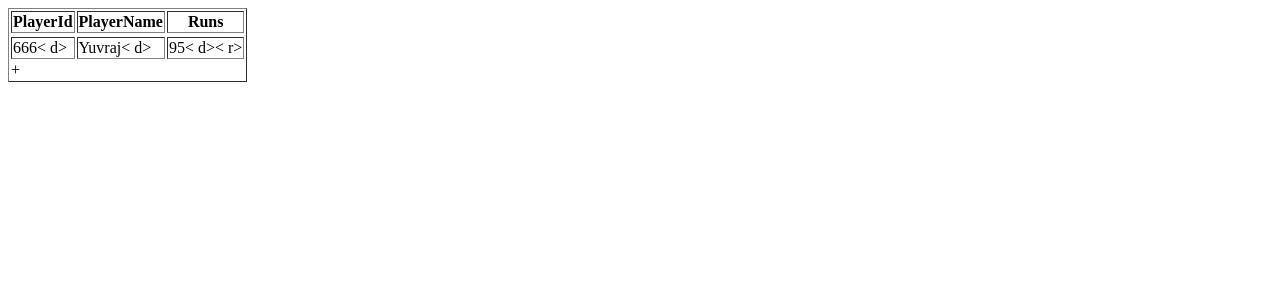
Repository: Gramastha/backup
Page: javascript/JavaScript-Assignment/Q9.html
The author's editor kept a copy of each file at every save. The page is drawn from the files as they stood at one save, then again after the next save.
The browser window is 1280 px wide. The pictures show the whole page.

Above is the page before, as saved 2017-01-06 09:14:36.

### javascript/JavaScript-Assignment/Q9.html
<!doctype html>
<html lang="en">
<head>
	<meta charset="UTF-8" />
	<title>Q9</title>
	<script>
		var a=[{		id: 111,		name: "Sachin",		runs: 99		},
			{		id: 222,		name: "Rahul",		runs: 98		},
		{		id: 333,		name: "Saurav",		runs: 89		},
		{		id: 444,		name: "Mahindra",		runs: 94		},
		{		id: 555,		name: "Virat",		runs: 93		},
		{		id: 666,		name: "Yuvraj",		runs: 95		}];
 // a.forEach(function(v,i,arr){
 	// console.log("object-"+i)
 	// for(o in v){
 		// console.log(o+" : "+v[o])
 	// }
 // });
 window.onload= function(){
 	var str= "";
 	a.forEach(function(v,i,arr){
 		str= "<tr>";
 	//console.log("object-"+i)
 	for(o in v){
 		str+="<td>"+v[o]+"<\td>";
 	 	}
 	 	str+="<\tr>"
 });
 	document.querySelector("#t1").innerHTML="<tr>+<th><b>PlayerId</b></th><th><b>PlayerName</b></th><th><b>Runs</b></th></tr><tr>"
 											+str
 											+"</tr>"
 };
	</script>
</head>
<body>
	<table border="1" id="t1">

	</table>
</body>
</html>

After the next save:
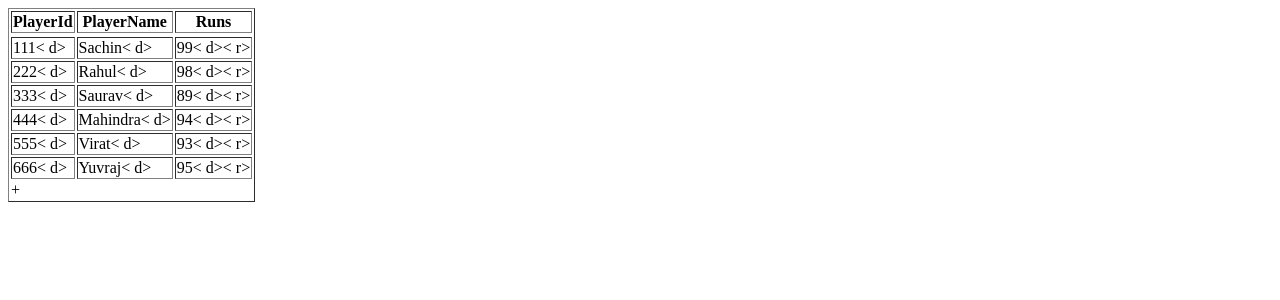
Saved 46 s later.
--- a/javascript/JavaScript-Assignment/Q9.html
+++ b/javascript/JavaScript-Assignment/Q9.html
@@ -19,7 +19,7 @@
  window.onload= function(){
  	var str= "";
  	a.forEach(function(v,i,arr){
- 		str= "<tr>";
+ 		str+= "<tr>";
  	//console.log("object-"+i)
  	for(o in v){
  		str+="<td>"+v[o]+"<\td>";
